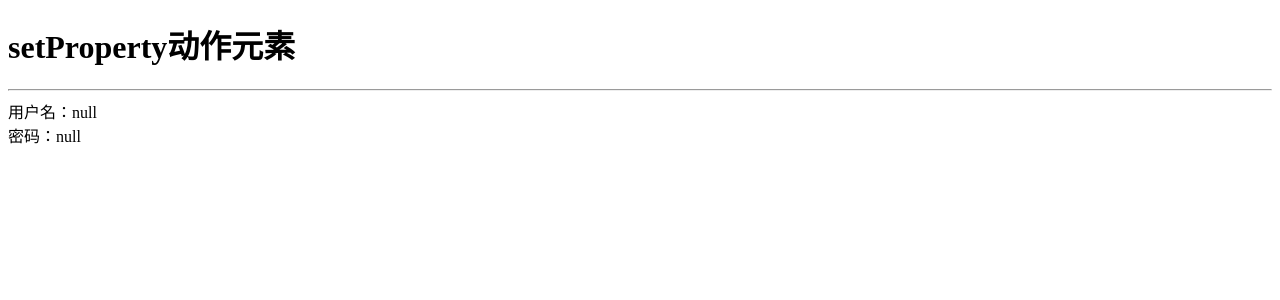
Repository: winxblast/myJavaLearn
Page: http://localhost/JavabeansDemo1/dologin.jsp
The author's editor kept a copy of each file at every save. The page is drawn from the files as they stood at one save, then again after the next save.
The browser window is 1280 px wide. The pictures show the whole page.
The page is served by Tomcat 9.

Above is the page before, as saved 2017-05-30 07:45:21.

After the next save:
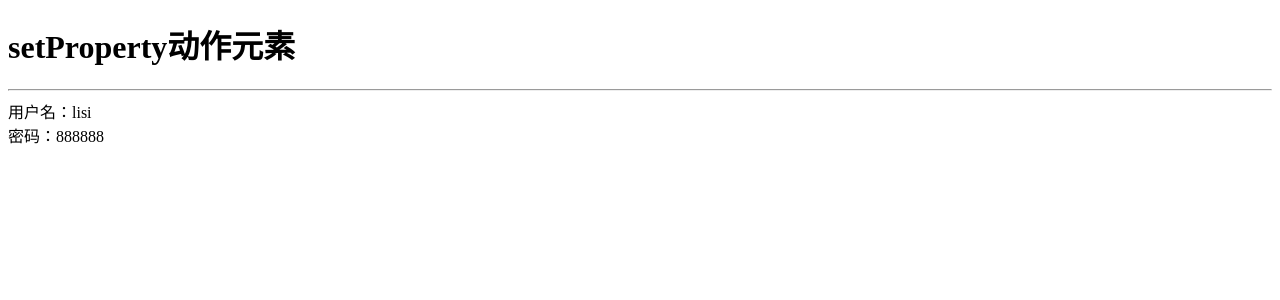
Saved 4 min 40 s later.
--- a/JavaEE/JavabeansDemo1/WebContent/dologin.jsp
+++ b/JavaEE/JavabeansDemo1/WebContent/dologin.jsp
@@ -14,8 +14,15 @@
 	<%--
 	<jsp:setProperty name="myUsers" property="*"/>
 	--%>
+
 	<!-- 根据表单匹配部分属性 -->
+	<%--
 	<jsp:setProperty name="myUsers" property="username"/>
+	--%>
+
+	<!--跟表单无关，通过手工复制给属性 -->
+	<jsp:setProperty name="myUsers" property="username" value="lisi"/>
+	<jsp:setProperty name="myUsers" property="password" value="888888"/>
 
 	用户名：<%=myUsers.getUsername() %><br>
 	密码：<%=myUsers.getPassword() %><br>

After the 2 saves that followed:
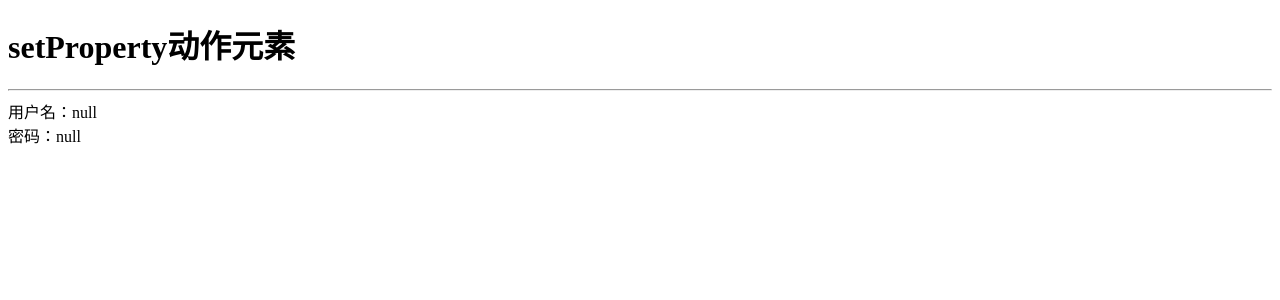
The 2 saves are shown as one change because 1 did not build or start.
The last was saved 7 min 10 s later.
--- a/JavaEE/JavabeansDemo1/WebContent/dologin.jsp
+++ b/JavaEE/JavabeansDemo1/WebContent/dologin.jsp
@@ -21,8 +21,13 @@
 	--%>
 
 	<!--跟表单无关，通过手工复制给属性 -->
+	<%--
 	<jsp:setProperty name="myUsers" property="username" value="lisi"/>
 	<jsp:setProperty name="myUsers" property="password" value="888888"/>
+	--%>
+
+	<!--通过URL属性传参数给属性赋值 -->
+	<jsp:setProperty name="myUsers" property="password" param="mypass"/>
 
 	用户名：<%=myUsers.getUsername() %><br>
 	密码：<%=myUsers.getPassword() %><br>
